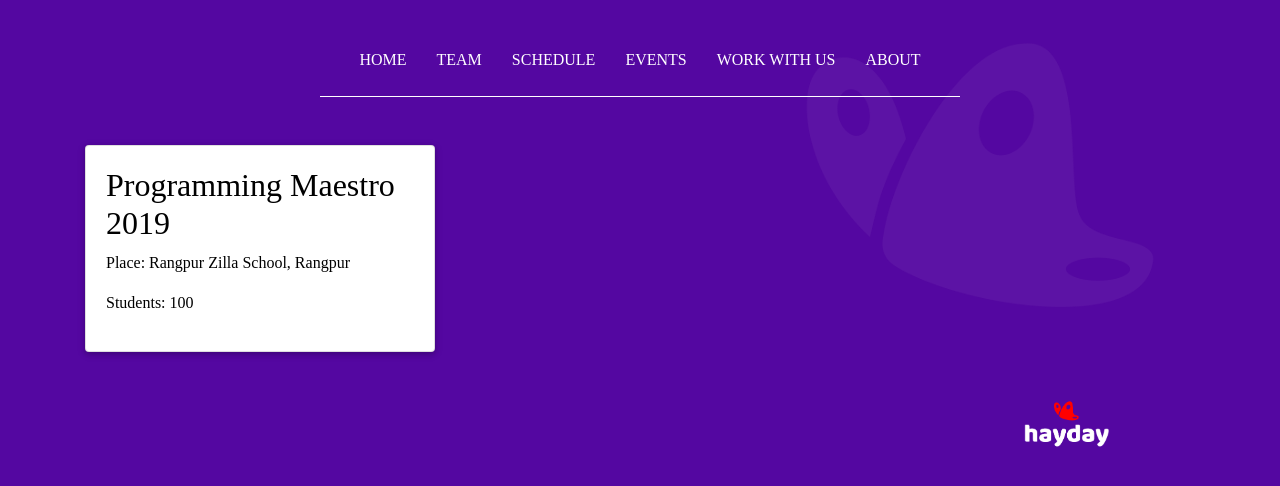
Repository: im1971/company-web
Page: event.html
The author's editor kept a copy of each file at every save. The page is drawn from the files as they stood at one save, then again after the next save.
The browser window is 1280 px wide. The pictures show the whole page.
Some web fonts or font styles are not loaded; a fallback is used.

Above is the page before, as saved 2020-02-02 11:33:22.

### event.html
<!DOCTYPE html>
<html>

<head>
    <meta charset="utf-8">
    <meta name="viewport" content="width=device-width, initial-scale=1">
    <title>hayday</title>
    <link rel="shortcut icon" type="img/x-icon" href="img/fav.png" />
    <link rel="stylesheet" href="css/mdb.min.css">
    <link rel="stylesheet" href="css/bootstrap.min.css">
    <link rel="stylesheet" href="css/fontawesome.min.css">
    <link rel="stylesheet" href="css/all.min.css">
    <link rel="stylesheet" href="css/style.css">
    <!-- fonts -->
    <link href="https://fonts.googleapis.com/css?family=Baloo+Bhai&display=swap" rel="stylesheet">
    <!-- fonts -->

</head>

<body>

    <div class="wrap_hayday">
        <div class="back_img"></div>
        <div class="container-fluid">
            <div class="row justify-content-center pb-5">
                <div class="col-md-12">
                    <nav class="navbar navbar-expand-lg">
                        <button class="navbar-toggler" type="button" data-toggle="collapse" data-target="#navbarSupportedContent" aria-controls="navbarSupportedContent" aria-expanded="false" aria-label="Toggle navigation">
                            <i class="fas fa-bars"></i>
                        </button>

                        <div class="collapse navbar-collapse" id="navbarSupportedContent">

                            <ul class="navbar-nav m-auto text-uppercase">
                                <li class="nav-item active">
                                    <a class="nav-link" href="index.html">Home</a>
                                </li>
                                <li class="nav-item">
                                    <a class="nav-link" href="team.html">Team</a>
                                </li>
                                <li class="nav-item">
                                    <a class="nav-link" href="schedule.html">SCHEDULE</a>
                                </li>
                                <li class="nav-item">
                                    <a class="nav-link" href="event.html">Events</a>
                                </li>
                                <li class="nav-item">
                                    <a class="nav-link" href="workWithUs.html">Work With us</a>
                                </li>
                                <li class="nav-item">
                                    <a class="nav-link" href="about.html">About</a>
                                </li>
                            </ul>
                        </div>
                    </nav>
                </div>
                <div class="col-md-6 border_deco pt-3"></div>
            </div>
            <div class="container">
                <div class="row justify-content-start">
                    <div class="col-md-4">
                        <div class="card wrap_event">
                            <div class="card-body">
                                <h2>Programming Maestro 2019</h2>
                                <p>Place: Rangpur Zilla School, Rangpur</p>
                                <p>Students: 100</p>
                            </div>
                        </div>
                    </div>
                </div>
            </div>
            <div class="row justify-content-end my-5">
                <div class="col-md-4 m-autp">
                    <div class="middle_body">
                        <div class="logo">
                            <img src="img/logo.png" alt="" style="height: 50px">
                        </div>
                        <!-- <p>Read about our Inspiration</p> -->
                    </div>
                </div>
            </div>
        </div>
    </div>
    </div>



    <!-- <script src="https://code.jquery.com/jquery-3.4.1.slim.min.js" integrity="sha384-J6qa4849blE2+poT4WnyKhv5vZF5SrPo0iEjwBvKU7imGFAV0wwj1yYfoRSJoZ+n" crossorigin="anonymous"></script>
    <script src="https://cdn.jsdelivr.net/npm/popper.js@1.16.0/dist/umd/popper.min.js" integrity="sha384-Q6E9RHvbIyZFJoft+2mJbHaEWldlvI9IOYy5n3zV9zzTtmI3UksdQRVvoxMfooAo" crossorigin="anonymous"></script>
    <script src="https://stackpath.bootstrapcdn.com/bootstrap/4.4.1/js/bootstrap.min.js" integrity="sha384-wfSDF2E50Y2D1uUdj0O3uMBJnjuUD4Ih7YwaYd1iqfktj0Uod8GCExl3Og8ifwB6" crossorigin="anonymous"></script> -->

    <script type="text/javascript" src="js/jquery.min.js"></script>
    <!-- Bootstrap tooltips -->
    <script type="text/javascript" src="js/popper.min.js"></script>
    <!-- Bootstrap core JavaScript -->
    <script type="text/javascript" src="js/bootstrap.min.js"></script>
    <!-- MDB core JavaScript -->
    <script type="text/javascript" src="js/mdb.min.js"></script>


</body>

</html>

### css/style.css
body {
    padding: 0;
    margin: 0;
    background: #5407A1;
    color: #fff !important;
    font-family: 'Baloo Bhai', cursive;
    position: relative;
}


/* global */

html {
    overflow: scroll;
    overflow-x: hidden;
}

::-webkit-scrollbar {
    width: 0px;
    background: transparent;
}


/* Optional: show position indicator in red */

::-webkit-scrollbar-thumb {
    background: #FF0000;
}


/* global */

.back_img {
    background-image: url(../img/back.png);
    height: 350px;
    width: 600px;
    position: absolute;
    background-position: center center;
    background-size: cover;
    opacity: 5%;
    /* top: 30%; */
    right: 0;
}


/* header */

.wrap_hayday .navbar {
    box-shadow: none;
}

.wrap_hayday .container-fluid {
    min-height: 100vh;
}

.wrap_hayday nav .nav-link {
    padding-right: 15px !important;
    padding-left: 15px !important;
    color: #fff;
    font-family: 'Baloo Bhai', cursive;
}

.wrap_hayday .border_deco {
    border-bottom: .25px solid #fff;
}

.wrap_hayday nav .nav-link:hover {
    color: #FF0000;
    transition-duration: 0.5s;
}

.wrap_hayday .navbar {
    padding: 40px;
    padding-bottom: 0;
}


/* header */


/* middle body */

.wrap_hayday .middle_body_height {
    height: 50vh;
}

.wrap_hayday .middle_body {
    text-align: center;
}

.wrap_hayday .middle_body .logo img {
    height: 100px;
}

.wrap_hayday .others_page_middle {
    text-align: center;
    position: absolute;
    right: 30px;
    bottom: 0;
}

.wrap_hayday .others_page_middle img {
    height: 70px;
}


/* middle body */


/* footer-body */

.myprogress {
    min-width: 100%;
    margin: 0px auto;
    text-align: center;
}

.myprogress .circle {
    display: inline-block;
    background: #fff;
    width: 50px;
    height: 50px;
    border-radius: 80px;
    border: 1px solid #d5d5da;
    cursor: pointer;
}

.myprogress .circle:hover {
    background: #FF0000;
    color: #5407A1;
    transition-duration: 0.5s;
}

.myprogress .bar {
    position: relative;
    width: 100px;
    padding-right: 15px;
    font-family: none;
}

.myprogress .circle .label {
    display: inline-block;
    width: 40px;
    height: 40px;
    line-height: 30px;
    border-radius: 40px;
    font-size: 24px;
}

.myprogress .circle .title {
    color: #5407A1;
    font-size: 24px;
    line-height: 50px;
    cursor: pointer;
}

.myprogress .circle .title:hover {
    color: #fff;
}

.myprogress i {
    font-size: 11px;
}

.abc {
    animation: pulse 1s infinite;
    color: #FF0000;
}

.pulse {
    -webkit-animation-duration: 3s;
    -webkit-animation-delay: 2s;
    -webkit-animation-iteration-count: 5;
}

@-webkit-keyframes scroll {
    0% {
        -webkit-transform: translateX(0);
        transform: translateX(0);
    }
    100% {
        -webkit-transform: translateX(calc(-250px * 7));
        transform: translateX(calc(-250px * 7));
    }
}

@keyframes scroll {
    0% {
        -webkit-transform: translateX(0);
        transform: translateX(0);
    }
    100% {
        -webkit-transform: translateX(calc(-250px * 7));
        transform: translateX(calc(-250px * 7));
    }
}

.slider {
    /* background: white; */
    /* box-shadow: 0 10px 20px -5px rgba(0, 0, 0, 0.125); */
    height: 100px;
    margin: auto;
    overflow: hidden;
    position: relative;
    width: 960px;
}

.slider::before,
.slider::after {
    /* background: -webkit-gradient(linear, left top, right top, from(white), to(rgba(255, 255, 255, 0))); */
    /* background: linear-gradient(to right, white 0%, rgba(255, 255, 255, 0) 100%); */
    content: "";
    height: 100px;
    position: absolute;
    width: 200px;
    z-index: 2;
}

.slider::after {
    right: 0;
    top: 0;
    -webkit-transform: rotateZ(180deg);
    transform: rotateZ(180deg);
}

.slider::before {
    left: 0;
    top: 0;
}

.slider .slide-track {
    -webkit-animation: scroll 40s linear infinite;
    animation: scroll 40s linear infinite;
    display: -webkit-box;
    display: flex;
    width: calc(250px * 14);
}

.slider .slide {
    /* height: 100px; */
    /* width: 200px; */
    padding-right: 40px;
}


/* footer-body */


/* about hayday */

.accordion .card-header {
    padding: 0;
    background: #5407A1;
    margin-bottom: 0;
}

.accordion .card-header .btn-link {
    color: #fff;
    padding: 0;
}

.accordion .card {
    border: none;
    border-radius: 0;
}

.accordion i {
    position: absolute;
    right: 10px;
    top: 5px;
}

.accordion p {
    color: #000;
    font-family: serif;
    font-size: 15px;
}

.accordion h4 {
    color: #000;
    font-family: serif;
    font-weight: 700 !important;
    font-size: 22px;
}


/* about hayday */


/* work with us */

.outreach table.table th,
table.table td {
    padding: 3px 20px;
    color: #fff;
    border: none;
    font-family: auto;
}


/* work with us */


/* team */

.team .grid {
    padding-left: 0;
    padding-right: 0;
}

.team .team_image {
    background-image: url(../img/team/team-back.jpg);
    height: 600px;
    background-position: center center;
    background-size: cover;
}

.team .custom_hr {
    border-top: 3px solid #fff !important;
    width: 10% !important;
}

.team img {
    border-radius: 50%;
    margin: auto;
    border: 3px solid #dcdcdc;
}

.team .team_managemt img {
    height: 300px;
    width: 300px;
}

.team .team_volounteer img {
    height: 200px;
    width: 200px;
}

.team .wrap_team {
    display: flex;
    flex-direction: column;
    font-family: auto;
}


/* team */

.sponsor_footer p {
    font-family: auto;
    font-size: 14px;
}

.sponsor_footer p b {
    color: #FF0000;
}


/* events */

.event_wrap .title {
    font-family: auto;
}

.event_wrap .subtitle {
    font-family: auto;
}

.wrap_event {
    color: #000;
}


/* calender */


/*
*
* ==========================================
* CUSTOM UTIL CLASSES
* ==========================================
*
*/

.clearfix::after,
.calendar ol::after {
    content: ".";
    display: block;
    height: 0;
    clear: both;
    visibility: hidden;
}


/* ================
Calendar Styling */

.calendar {
    border-radius: 10px;
    font-family: auto;
}

.calendar .target_date {
    height: 30px;
    width: 30px;
    position: absolute;
    border-radius: 50%;
    left: -6px;
    top: 1px;
    background: #fff;
    opacity: 0.3;
}

.month {
    font-size: 2rem;
}

.calendar ol li {
    float: left;
    width: 14.28571%;
}

.calendar .day-names {
    border-bottom: 1px solid #eee;
}

.calendar .day-names li {
    text-transform: uppercase;
    margin-bottom: 0.5rem;
}

.calendar .days li {
    border-bottom: 1px solid #eee;
    /* min-height: 8rem; */
}

.calendar .days li .date {
    margin: 0.25rem 0;
}

.calendar .days li .event {
    font-size: 0.75rem;
    padding: 0.4rem;
    color: white;
    white-space: nowrap;
    overflow: hidden;
    text-overflow: ellipsis;
    border-radius: 4rem;
    margin-bottom: 1px;
}

.calendar .days li .event.span-2 {
    width: 200%;
}

.calendar .days li .event.begin {
    border-radius: 1rem 0 0 1rem;
}

.calendar .days li .event.end {
    border-radius: 0 1rem 1rem 0;
}

.calendar .days li .event.clear {
    background: none;
}

.calendar .days li:nth-child(n+29) {
    border-bottom: none;
}

.calendar .days li.outside .date {
    color: #ddd;
}


/* calender */


/* timer */

#timer div {
    display: inline-block;
    line-height: 1;
    padding: 20px 40px 0 0;
    padding-bottom: 0;
    font-family: auto;
}

#timer span {
    display: block;
    font-size: 20px;
    color: white;
}

#timer #days,
#timer #hours,
#timer #minutes,
#timer #seconds {
    font-size: 50px;
}

#timer #seconds {
    font-size: 30px;
}


/* timer */


/* events */


/* media query */

@media (min-width: 1367px) {
    .sponsor_footer p {
        font-size: 18px;
        margin-top: 40px;
    }
    .outreach table.table th,
    table.table td,
    .accordion p,
    .myprogress .bar {
        font-size: 18px;
    }
    .outreach h4 {
        margin-top: 30px;
        margin-bottom: 20px;
    }
    .accordion .card-header .btn-link {
        font-size: 22px;
    }
    .accordion {
        margin-top: 30px;
    }
    .wrap_hayday .middle_body .logo img {
        height: 145px;
    }
    .wrap_hayday .middle_body p {
        font-size: 22px;
    }
    .wrap_hayday .step_command {
        font-family: auto;
        font-size: 22px;
    }
}

@media (max-width: 567px) {
    .wrap_hayday .navbar {
        padding: 20px 0 0;
    }
    .fa-bars {
        color: #fff;
    }
    .wrap_hayday .middle_body .logo img {
        height: 140px;
        margin-bottom: 28px;
    }
    .back_img {
        height: 150px;
        width: 200px;
    }
    .wrap_hayday .middle_body_height {
        height: 35vh;
    }
    .myprogress .circle {
        display: block;
        margin: auto;
        margin-top: 20px;
    }
    .myprogress .bar {
        padding-right: 0;
        font-family: none;
        font-size: 18px;
    }
    .team .team_image {
        height: 200px;
    }
    .team .custom_hr {
        width: 50% !important;
    }
    .team .team_managemt img {
        height: 150px;
        width: 150px;
    }
    .team .team_volounteer img {
        height: 120px;
        width: 120px;
    }
    .team .card-title {
        font-size: 26px;
    }
    .team .wrap_team {
        margin-bottom: 30px;
    }
    .sponsor_footer p {
        margin-bottom: 20px !important;
    }
    .calendar {
        padding-left: 0 !important;
        margin-top: 30px;
    }
    .event_wrap .title {
        font-size: 22px;
    }
    .event_wrap button {
        margin-bottom: 40px !important;
    }
    #timer #days,
    #timer #hours,
    #timer #minutes,
    #timer #seconds {
        font-size: 35px;
        margin: auto;
    }
    #timer span {
        font-size: 14px;
    }
    #timer div {
        padding: 0px 26px 0 0;
    }
    #timer {
        background: #8500ff82;
        display: flex;
        padding: 20px;
    }
    .classroom img {
        width: 150px;
    }
}

Loaded but not shown: css/mdb.min.css (library); css/bootstrap.min.css (library); css/fontawesome.min.css (library); css/all.min.css (library); js/jquery.min.js (library); js/popper.min.js (library); js/bootstrap.min.js (library); js/mdb.min.js (library)

After the next save:
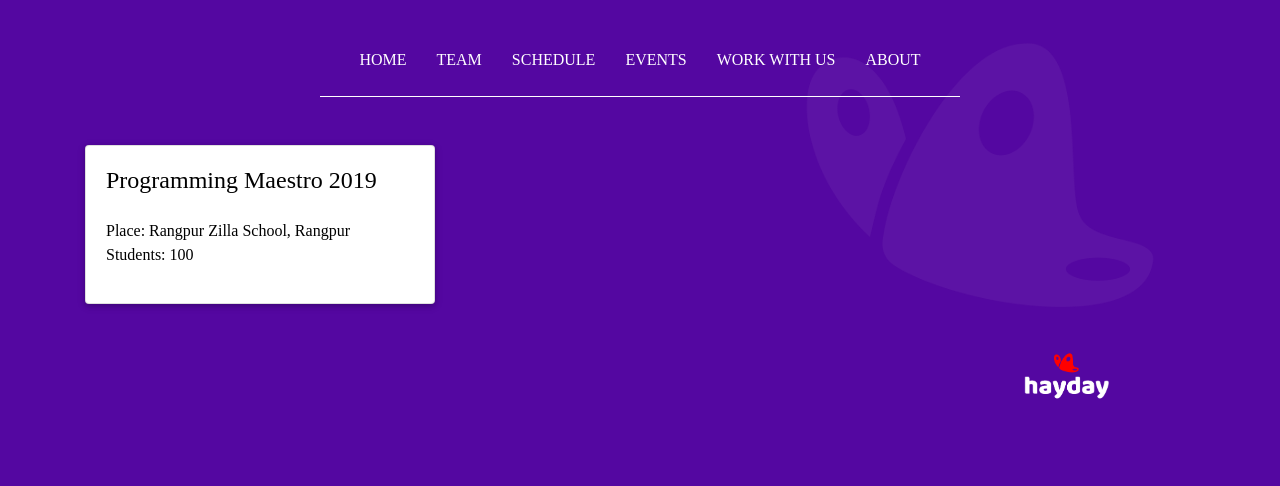
Saved 2 min 54 s later.
--- a/event.html
+++ b/event.html
@@ -61,8 +61,8 @@
                     <div class="col-md-4">
                         <div class="card wrap_event">
                             <div class="card-body">
-                                <h2>Programming Maestro 2019</h2>
-                                <p>Place: Rangpur Zilla School, Rangpur</p>
+                                <h4 class="mb-4">Programming Maestro 2019</h4>
+                                <p class="mb-0">Place: Rangpur Zilla School, Rangpur</p>
                                 <p>Students: 100</p>
                             </div>
                         </div>
